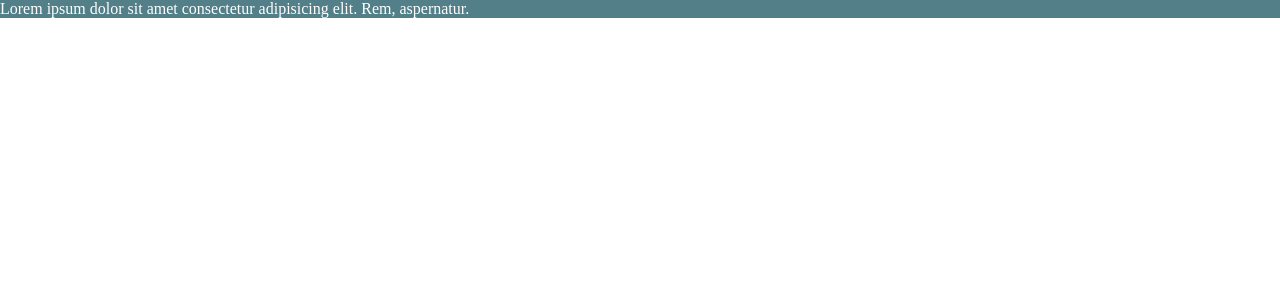
Repository: DaNiels89/frontendassignmentbogbootcamp
Page: index.html
The author's editor kept a copy of each file at every save. The page is drawn from the files as they stood at one save, then again after the next save.
The browser window is 1280 px wide. The pictures show the whole page.

Above is the page before, as saved 2020-03-19 16:46:51.

After the next save:
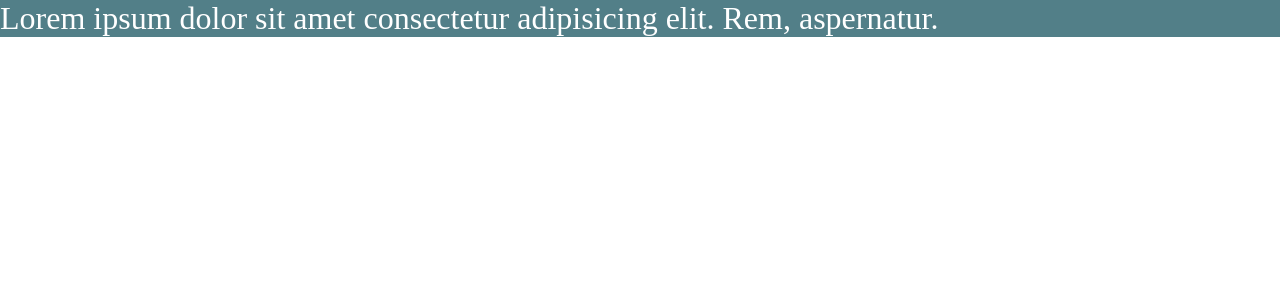
Saved 27 s later.
--- a/css/styles.css
+++ b/css/styles.css
@@ -7,4 +7,5 @@
 .promotion-bar {
   background-color: rgb(82, 127, 136);
   color: white;
+  font-size: 2rem;
 }
